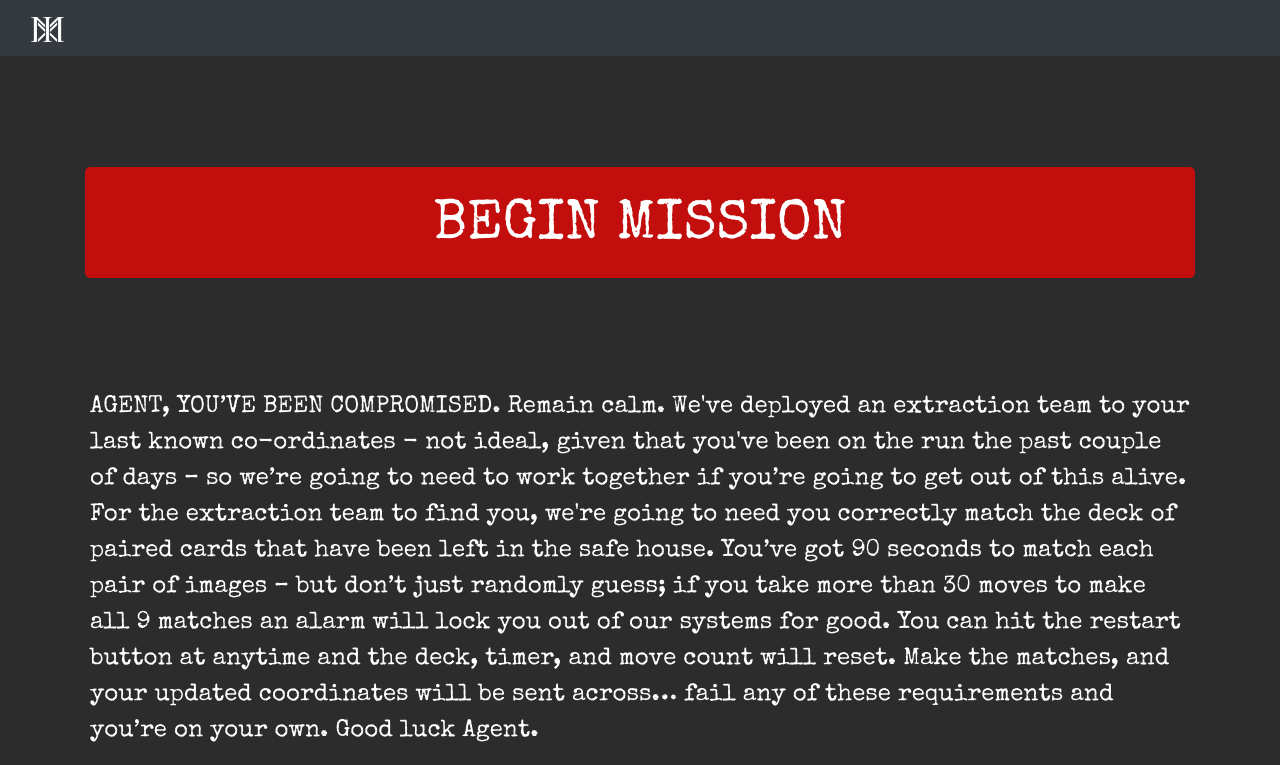
Repository: Code-Institute-Submissions/Milestone-25
Page: index.html
The author's editor kept a record of every edit. The page is drawn from the files as they stood at one moment, then again after the next edit.
The browser window is 1280 px wide. The pictures show the whole page.

Above is the page before.

After the next edit:
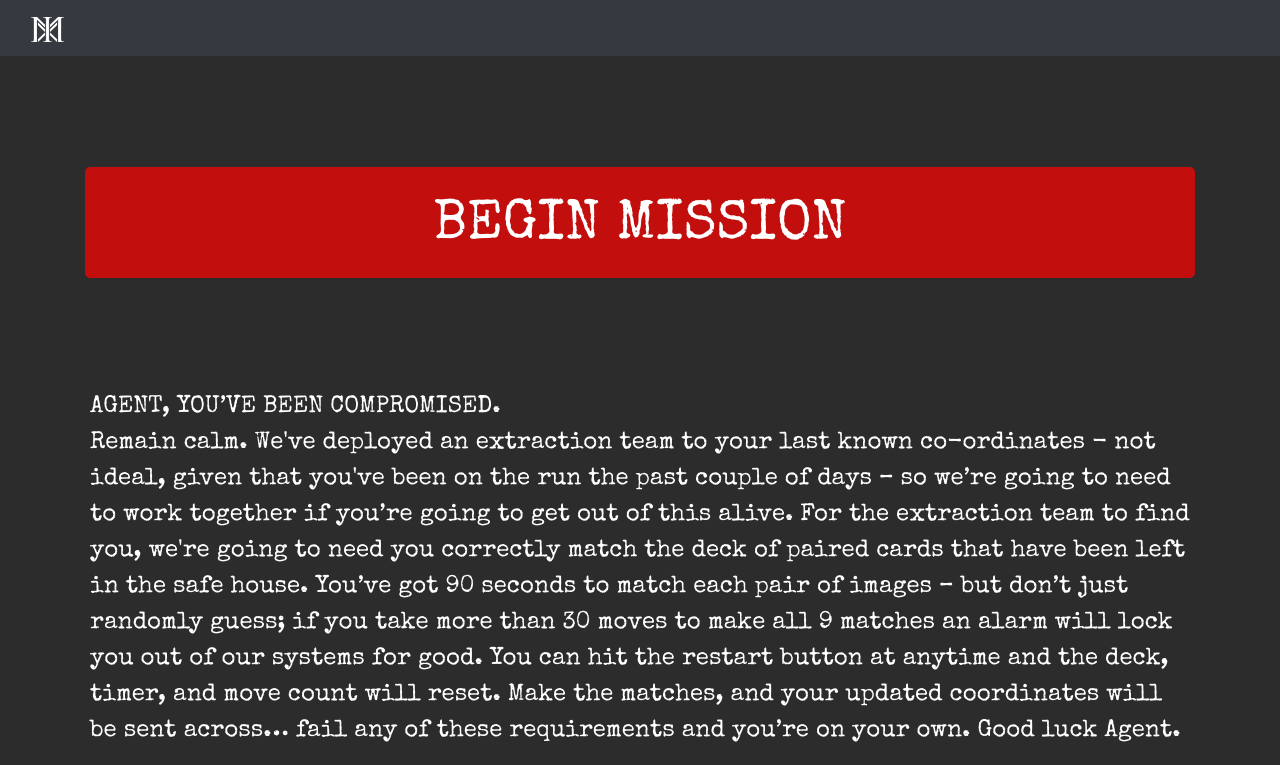
The edit:
--- a/index.html
+++ b/index.html
@@ -33,7 +33,7 @@
   <div class="container-fluid padding">
     <div class="row padding">
       <div class="col-md">
-        <p class="instructions">AGENT, YOU’VE BEEN COMPROMISED.
+        <p class="instructions">AGENT, YOU’VE BEEN COMPROMISED. <br>
         Remain calm. We've deployed an extraction team to your last known co-ordinates - not ideal, given that you've been on the run the past couple of days – so we’re going to need to work together if you’re going to get out of this alive.
 
         For the extraction team to find you, we're going to need you correctly match the deck of paired cards that have been left in the safe house. You’ve got 90 seconds to match each pair of images – but don’t just randomly guess; if you take more than 30 moves to make all 9 matches an alarm will lock you out of our systems for good. You can hit the restart button at anytime and the deck, timer, and move count will reset.
